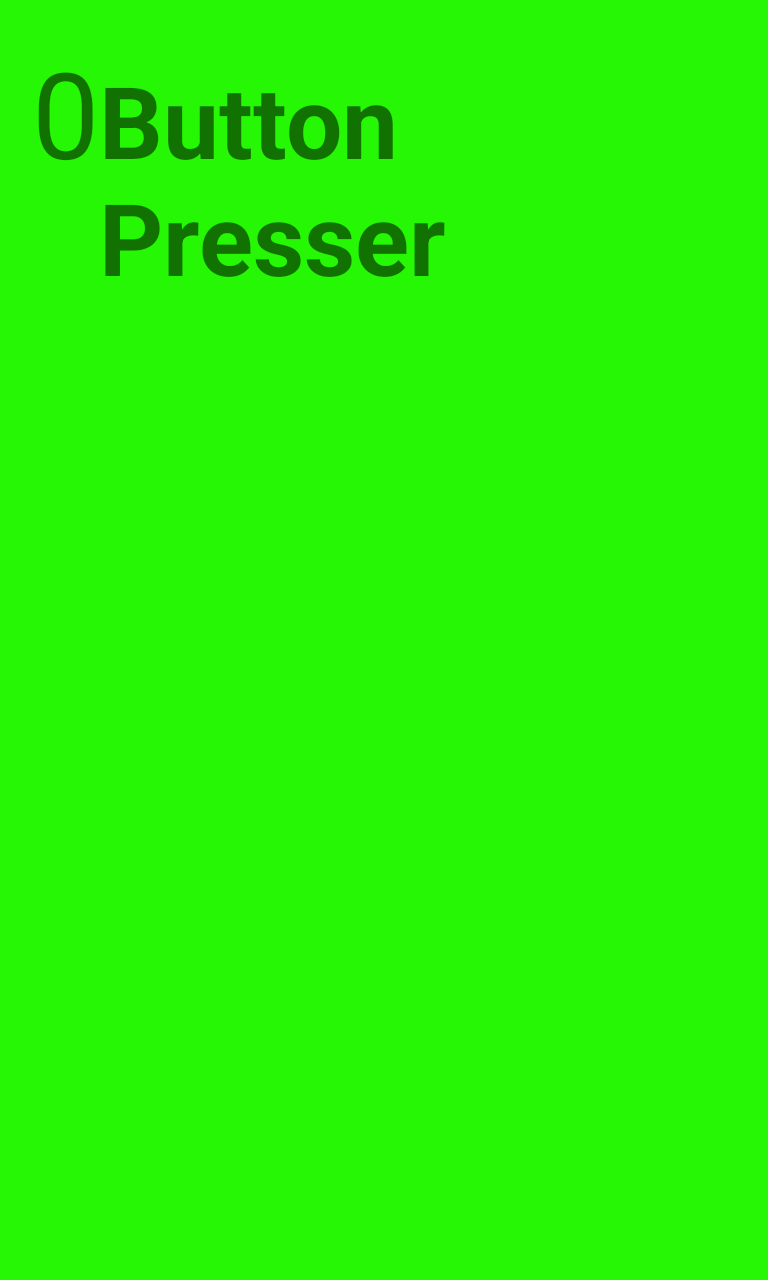
Repository: sameerisa/idtech-yale-android
Layout: ButtonPresser/res/layout/fragment_main.xml
The author's editor kept a copy of each file at every save. The layout is drawn from the files as they stood at one save, then again after the next save.
It is drawn on a 768 x 1280 px phone screen (xhdpi) without system bars, with theme AppTheme; the app's code is not run.

Above is the layout before, as saved 2014-06-25 19:55:49.

After the next save:
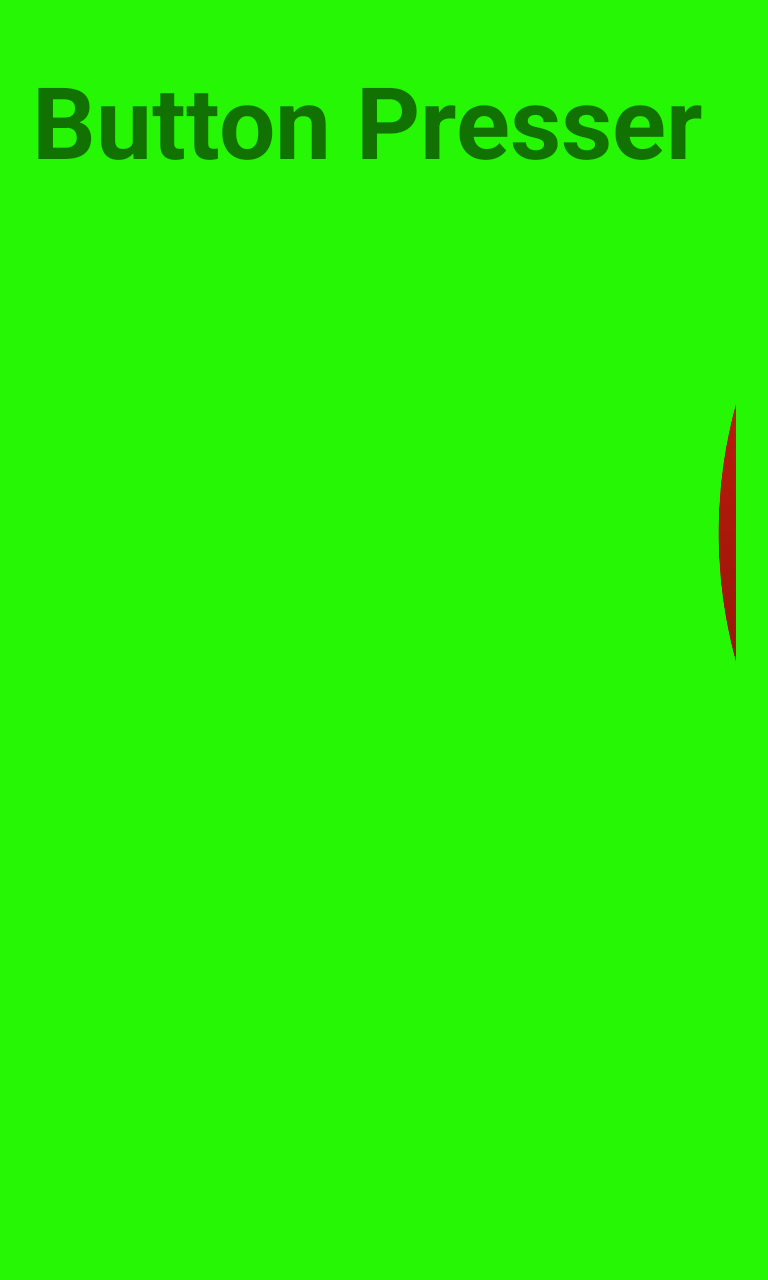
Saved 2 min 32 s later.
--- a/ButtonPresser/res/layout/fragment_main.xml
+++ b/ButtonPresser/res/layout/fragment_main.xml
@@ -15,7 +15,7 @@
     android:id="@+id/counter"
     android:layout_width="wrap_content"
     android:layout_height="wrap_content"
-    android:text="0"
+    android:text=""
     android:textSize="60sp"
     />
     <TextView
